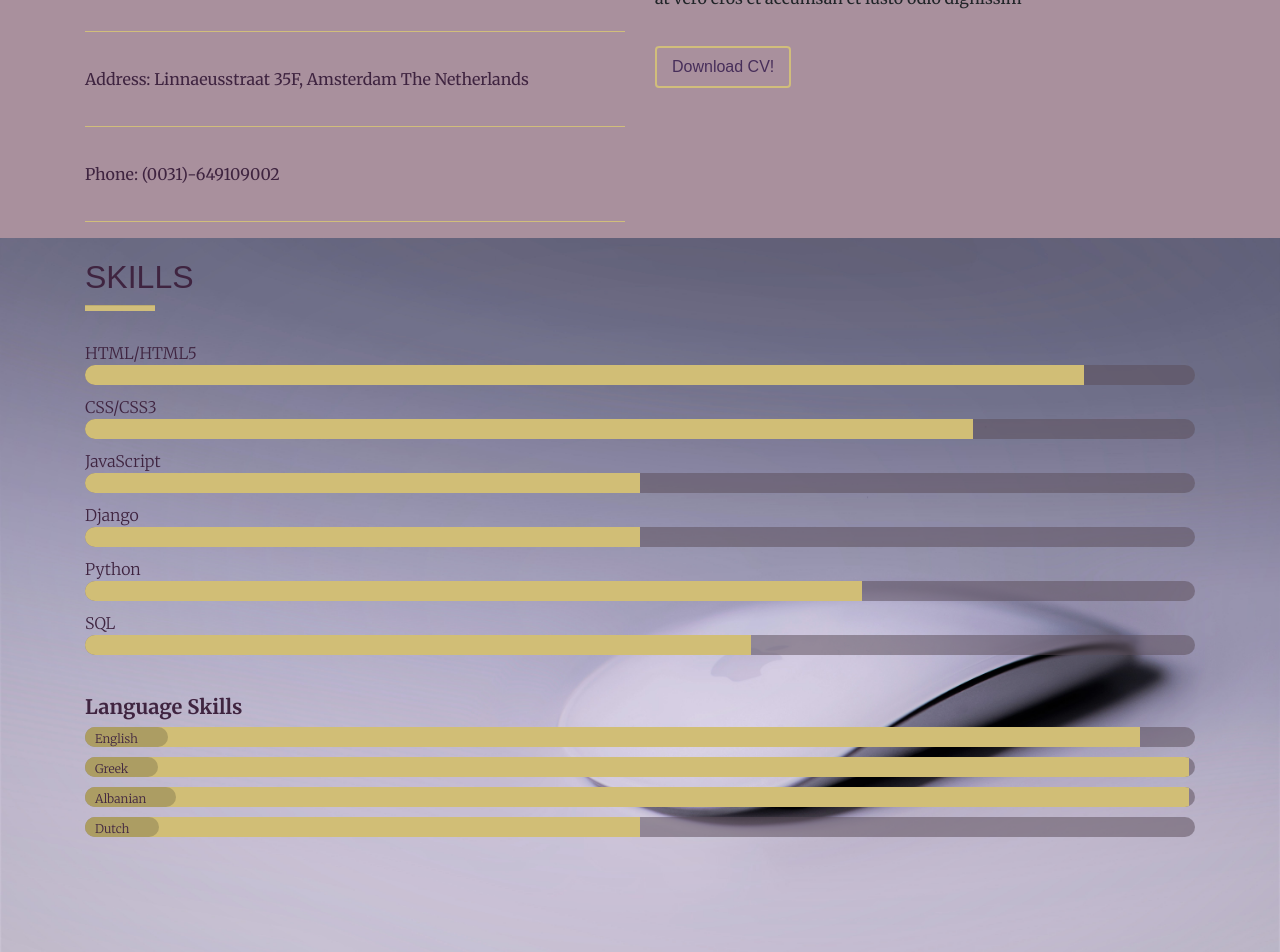
Repository: edshuli/Portfolio
Page: index.html
The author's editor kept a record of every edit. The page is drawn from the files as they stood at one moment, then again after the next edit.
The browser window is 1280 px wide. The pictures show the part of the page from y = 970 to 1922 px (the page is 2177 px tall before and 2066 px after).
Backgrounds fixed to the window are drawn as part of the page. Some web fonts or font styles are not loaded; a fallback is used.

Above is the page before.

After the next edit:
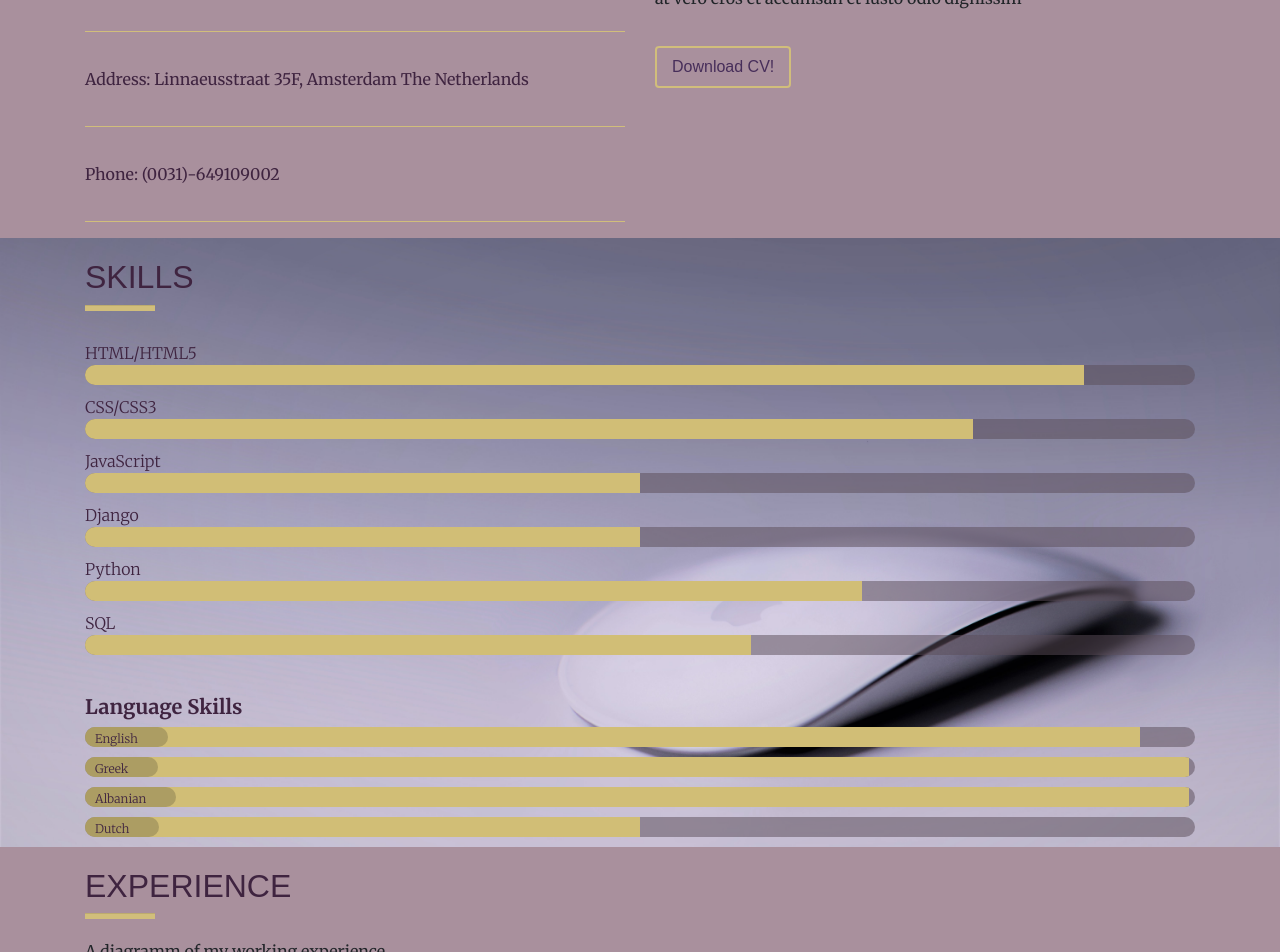
The edit:
--- a/assets/css/style.css
+++ b/assets/css/style.css
@@ -185,7 +185,7 @@
 /*--------------------------------------SKILLS --------*/
 
 .skills {
-    height: 100vh;
+    width:100vw;
     background: url(../images/skillslogo/logo3.jpg) no-repeat center center fixed;
     -webkit-background-size: cover;
     -moz-background-size: cover;
